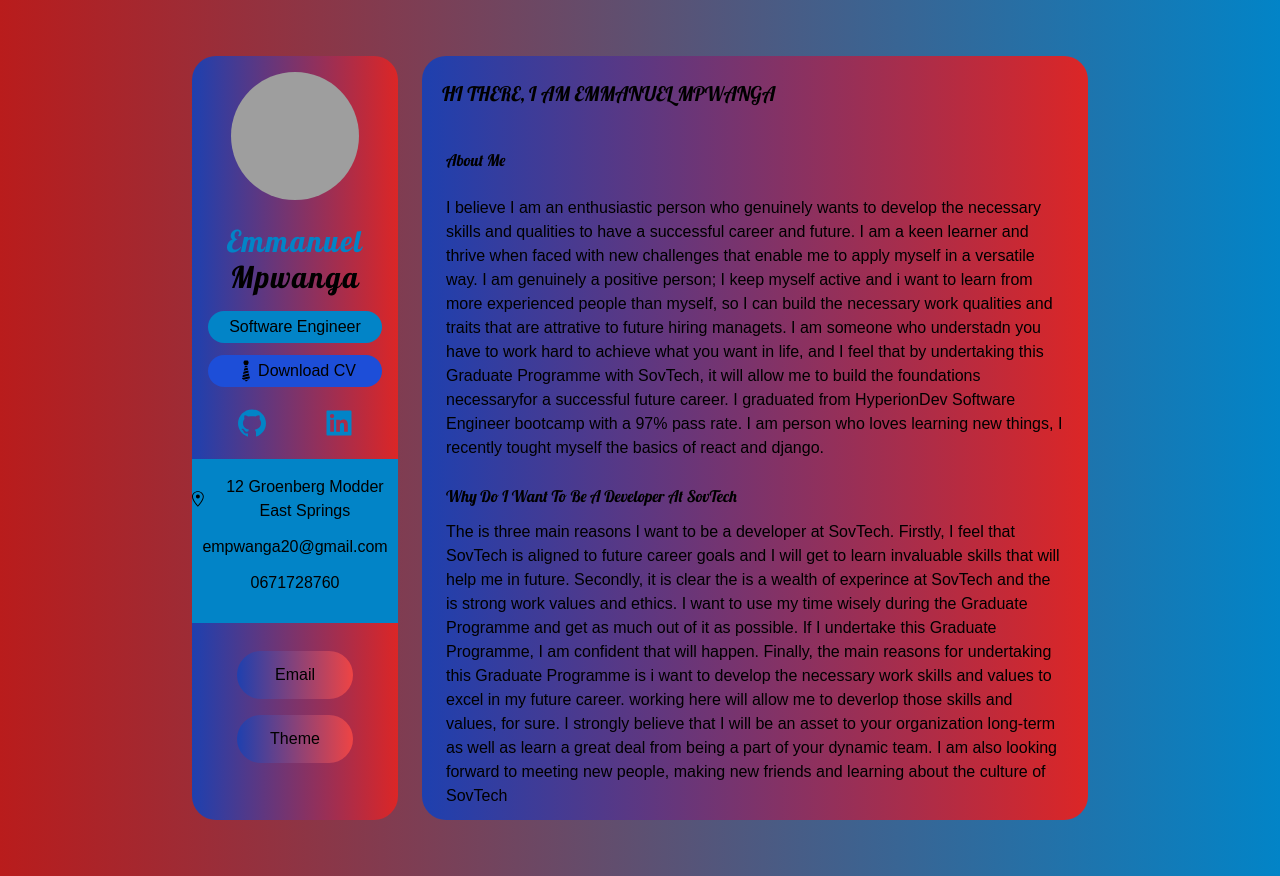
Repository: mannympwanga/portfolio
Page: /
The author's editor kept a copy of each file at every save. The page is drawn from the files as they stood at one save, then again after the next save.
The browser window is 1280 px wide. The pictures show the whole page.
Pictures or frames that could not be fetched are drawn as grey boxes. The project was rebuilt for these pictures with package versions that can differ from the ones it lists, and the page was loaded fresh each time. The framework's server and built-in components were replaced by stand-ins that run in the browser. Also part of the build but not shown: next.config.js.

Above is the page before, as saved 2021-11-24 23:17:49.

After the next save:
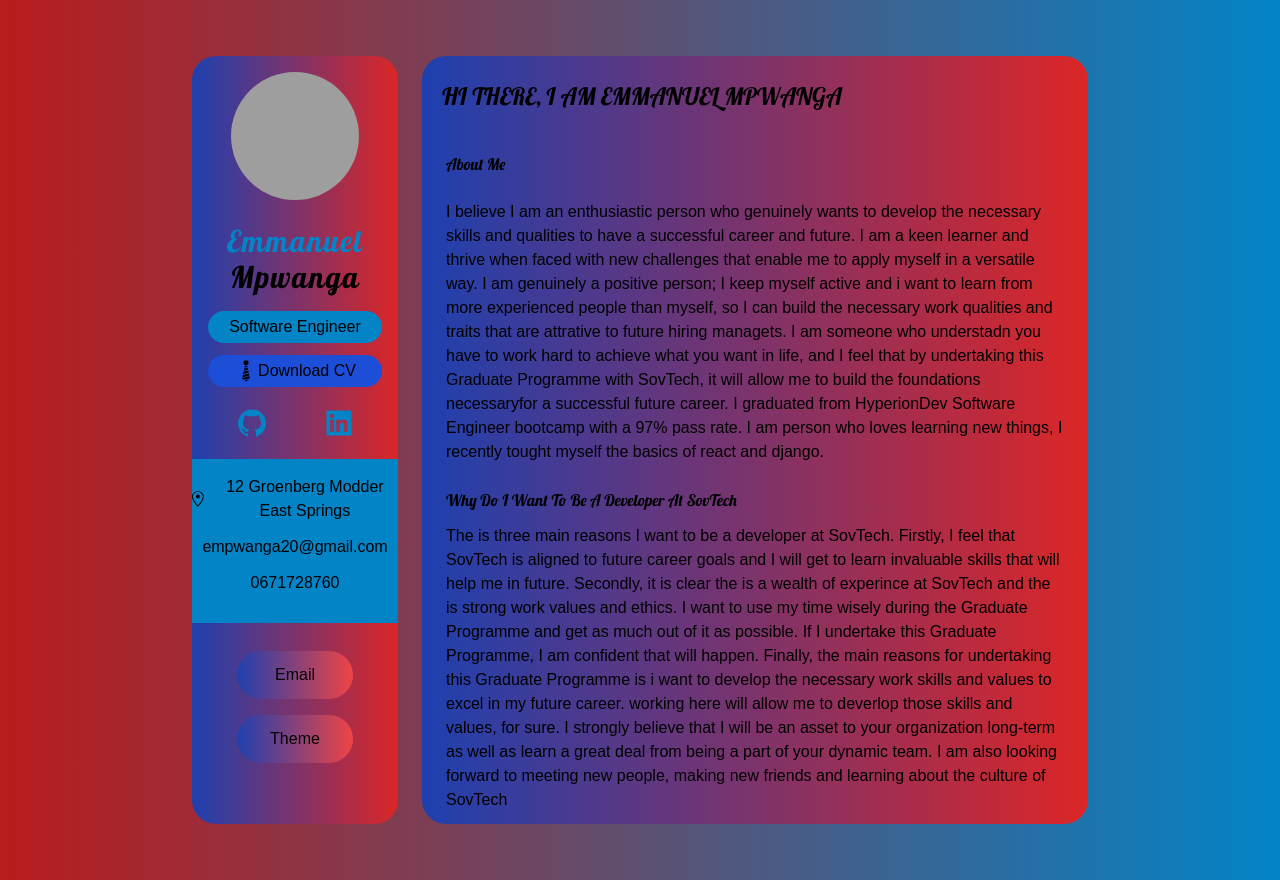
Saved 55 s later.
--- a/components/Navbar.tsx
+++ b/components/Navbar.tsx
@@ -7,9 +7,9 @@
 const Navbar = () => {
 
    return (
-      <div className='flex items-center justify-between px-5 py-3 my-3 text-4xl font-Lobster'>
+      <div className='flex items-center justify-between px-5 py-3 my-3 text-5xl font-Lobster'>
 
-         <div className='text-4xl font-Lobster md:text-xl'>
+         <div className='text-5xl font-Lobster md:text-2xl'>
             HI THERE, I AM EMMANUEL MPWANGA
          </div>
       </div>
